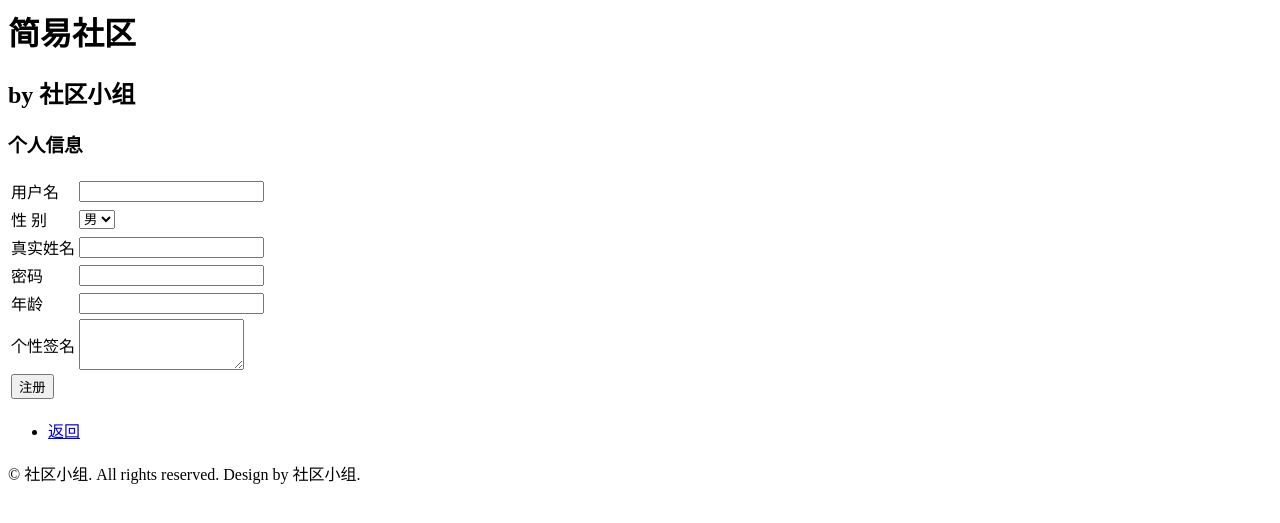
Repository: wyubb/Java
Page: http://localhost/Chapter3/register.jsp
These files come from the project's save history. The page is drawn as it stood at one moment and after the next save; the edit follows.
The browser window is 1280 px wide. The pictures show the whole page.
The page is served by Tomcat 9.

Above is the page before, as saved 2019-04-04 06:21:20.

After the next save:
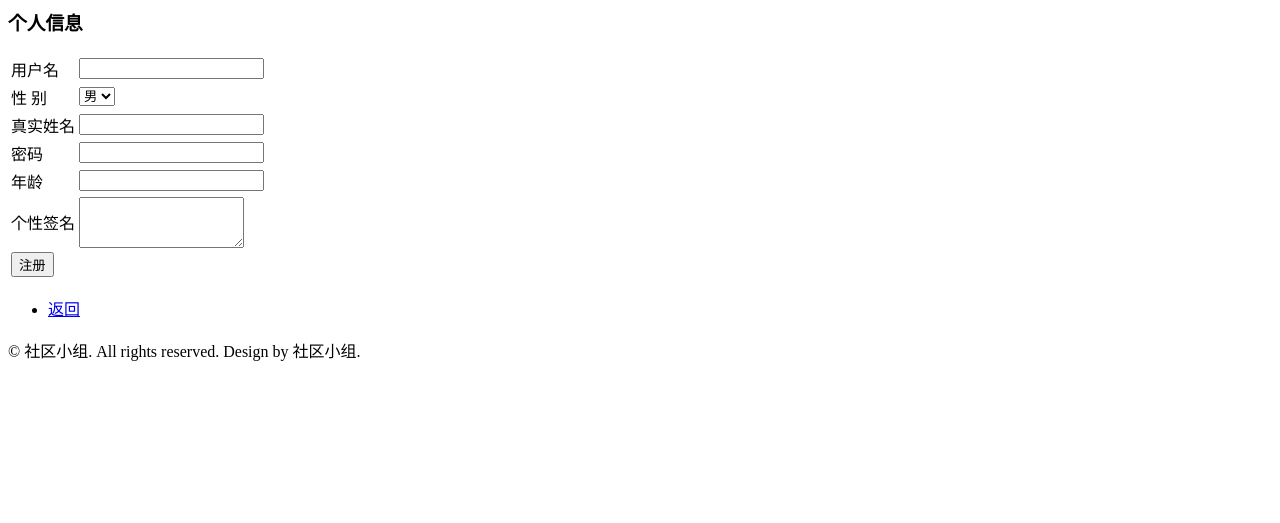
Saved 28 s later.
--- a/Chapter3/WebContent/register.jsp
+++ b/Chapter3/WebContent/register.jsp
@@ -10,13 +10,6 @@
 	<div id="upbg"></div>
 	<div id="inner">
 		<div id="header">
-			<h1><span>简易社区</span></h1>
-			<h2>by 社区小组</h2>
-		</div>
-		<div id="splash"></div>
-		<div id="menu">
-		</div>
-
 		<div id="primarycontent">
 
 			<!-- primary content start -->
